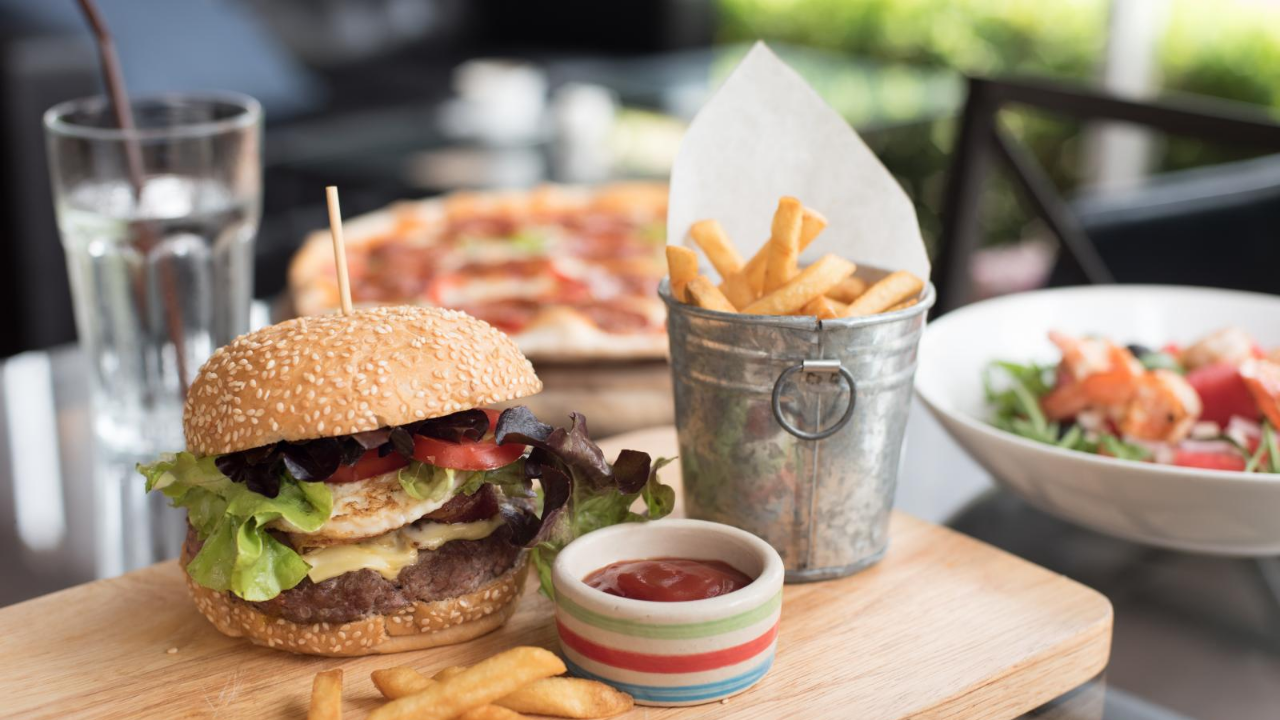
Repository: AnaMassaro/projetoRestaurante
Page: http://localhost/WEBRes/controleProduto.jsp
The author's editor kept a copy of each file at every save. The page is drawn from the files as they stood at one save, then again after the next save.
The browser window is 1280 px wide. The pictures show the whole page.
The page is served by Tomcat 9. Other server files are loaded and not shown. Queries for data that is not in the repository find no rows.

Above is the page before, as saved 2019-12-16 12:31:25.
Console error: TypeError: Cannot read properties of undefined (reading 'fn')
Not found: WEBRes/WEBRes/style.css

### WEBRes/WebContent/controleProduto.jsp
<%@ page language="java" contentType="text/html; charset=ISO-8859-1"
    pageEncoding="ISO-8859-1"
    %>
<!DOCTYPE html PUBLIC "-//W3C//DTD HTML 4.01 Transitional//EN" "http://www.w3.org/TR/html4/loose.dtd">
<%@page import="model.Produto"%>
<%@page import="java.util.List"%>
<%@page import="control.ProdutoDAO"%>
<html>
<head>
<meta http-equiv="Content-Type" content="text/html; charset=ISO-8859-1">
<title>Controle de Produtos</title>

	<meta name="viewport" content="width=device-width, initial-scale=1.0">
    <meta http-equiv="X-UA-Compatible" content="ie=edge">
	<script type="text/javascript" src="bootstrap/js/bootstrap.js"></script>
	<link rel="stylesheet" href="bootstrap/css/bootstrap.css">
	<link rel="stylesheet" href="style.css">

	    <style>

		body,html{
			height:100%;
		}

        body {
            background-image:url(./img/plano2.jpg);
            background-repeat: no-repeat;
            background-size: cover;

        }

        .container {
	         width: 100vw;
	         height: 100vh;
	         display: flex;
	         flex-direction: row;
	         justify-content: center;
	         align-items: center;
    	 }

    	 #bt {
    	    margin: 0 15px;

    	 }

        </style>
</head>

<body>



 <div class="container-fluid">
        <div class="row mb-5">
            <div class="col-1"></div>
     <div class="col-10 cards" id="cartao">

              <%

				ProdutoDAO pd = new ProdutoDAO();
				Produto p = new Produto();

				for(Produto pr : pd.listaProdutos()) {


			%>
               <div class="card mt-3">
                    <div class="card-header">
                            <%=pr.getNome() %>
                    </div>
                    <div class="card-body">
                        <div class="row">
                            <div class="col-8">
                               <%=pr.getDescricao() %>
                            </div>
                            <div class="col-2 text-center">
                                <%=pr.getPreco() %> R$
                            </div>

                          		<form method="get" action="editarProduto.jsp">
									<input type="hidden" name="codEdit" value="<%=pr.getCodigo()%>">
									<button type="submit" class="btn btn-danger" id="bt">Editar</button>
								</form>

								<form method="get" action="Processa">
									<input type="hidden" name="acao" value="excluirProd">
									<input type="hidden" name="codExcluir" value="<%=pr.getCodigo()%>">
									<button type="submit" class="btn btn-dark">Excluir</button>
								</form>

                            <div class="col-2 text-center">
                            </div>
                        </div>
                    </div>
                </div>
                <%} %>
            </div>
        </div>
    </div>

		<script>
		var busca = document.querySelector("#busca2");
		busca.addEventListener("keyup",filtro);

		function filtro(){
			var card = document.querySelectorAll(".card");

			for(var i=0;i<card.length;i++){
				var col = card[i].querySelectorAll(".card-header")[0];
				var value = col.innerHTML;
				if(value.includes(busca.value)){
					card[i].style.display = "";
				}else{
					card[i].style.display = "none";
				}
			}
		}
	</script>

</body>

</html>

### WEBRes/src/control/ProdutoDAO.java
package control;

import java.sql.Connection;
import java.sql.PreparedStatement;
import java.sql.ResultSet;
import java.sql.SQLException;
import java.util.ArrayList;
import java.util.List;

import model.Produto;

public class ProdutoDAO {

	private Connection con;
	private PreparedStatement ps;
	private Produto p;

	public boolean cadastraProduto(Produto p) throws SQLException {
		String sql = "insert into itens values(default, ?, ?, ?, ?);";
		con = ConnectionDB.getConnection();

		ps = con.prepareStatement(sql);
		ps.setString(1, p.getTipo());
		ps.setString(2, p.getNome());
		ps.setString(3, p.getDescricao());
		ps.setDouble(4, p.getPreco());

		if(ps.executeUpdate()>0){
			return true;
		}else {
			return false;
		}
	}

	public List<Produto> listaProdutos() throws SQLException {
		List<Produto> pr;
		String sql = "select * from itens";
		con = ConnectionDB.getConnection();
		PreparedStatement prep = con.prepareStatement(sql);
		ResultSet rs = prep.executeQuery();
		pr = new ArrayList<Produto>();

		while(rs.next()) {
			p = new Produto();
			p.setCodigo(rs.getInt("codigoProd"));
			p.setTipo(rs.getString("tipo"));
			p.setNome(rs.getString("nome"));
			p.setDescricao(rs.getString("descricao"));
			p.setPreco(rs.getDouble("preço"));

			pr.add(p);
		}
		return pr;
	}


	public Produto getProduto(int capturei) throws SQLException {
		Produto p = new Produto();
		String sql = "select * from itens where codigoProd = ?";
		con = ConnectionDB.getConnection();
		PreparedStatement prepa = con.prepareStatement(sql);
		prepa.setInt(1, capturei);
		ResultSet res = prepa.executeQuery();
		while(res.next()) {
			p.setCodigo(res.getInt("codigoProd"));
			p.setTipo(res.getString("tipo"));
			p.setNome(res.getString("nome"));
			p.setDescricao(res.getString("descricao"));
			p.setPreco(res.getDouble("preço"));
		}

		return p;
	}

	public boolean prodExiste(int cod) throws SQLException {
		String sql = "select * from itens where codigoProd = ?;";
		con = ConnectionDB.getConnection();
		ps = con.prepareStatement(sql);
		ps.setInt(1, cod);
		ResultSet rs = ps.executeQuery();
		while(rs.next()) {
			if(rs.getInt(1) == cod) {
				return true;
			}
		}
		return false;
	}

	public boolean editar(Produto p, int cod) {
		boolean editado = false;

		try {
			if(prodExiste(cod)) {
				String sql = "update itens set nome = ?, descricao = ?, preço = ? where codigoProd = " + cod + ";";
				con = ConnectionDB.getConnection();
				PreparedStatement prs = con.prepareStatement(sql);

				prs.setString(1, p.getNome());
				prs.setString(2, p.getDescricao());
				prs.setDouble(3, p.getPreco());

				prs.execute();
				editado = true;

			}
		} catch (SQLException e) {
			// TODO Auto-generated catch block
			System.out.print("erro" + e);
			e.printStackTrace();
		}
		return editado;
	}

	public void excluir(int cod) {
		String sql = "delete from itens where codigoProd = ?";
		con = ConnectionDB.getConnection();
		try(PreparedStatement preparedStatement = con.prepareStatement(sql)){
			preparedStatement.setInt(1, cod);
			preparedStatement.execute();
		}catch(SQLException e){
			e.printStackTrace();
		}
	}
}

### WEBRes/src/model/Produto.java
package model;

public class Produto {

	private int codigo;
	private String tipo;
	private String nome;
	private String descricao;
	private Double preco;

	public int getCodigo() {
		return codigo;
	}
	public void setCodigo(int codigo) {
		this.codigo = codigo;
	}
	public String getTipo() {
		return tipo;
	}
	public void setTipo(String tipo) {
		this.tipo = tipo;
	}
	public String getNome() {
		return nome;
	}
	public void setNome(String nome) {
		this.nome = nome;
	}
	public String getDescricao() {
		return descricao;
	}
	public void setDescricao(String descricao) {
		this.descricao = descricao;
	}
	public Double getPreco() {
		return preco;
	}
	public void setPreco(Double preco) {
		this.preco = preco;
	}




}

### WEBRes/src/control/ConnectionDB.java
package control;

import java.sql.Connection;
import java.sql.DriverManager;
import java.sql.SQLException;

public class ConnectionDB {

	private static String dns = "jdbc:mysql://localhost:3306/autenticoArtesanal";
	private static String usuario = "root";
	private static String senha = "";
	private static Connection con;

	public static Connection getConnection(){
		try{
			if(con == null || con.isClosed()) {
				DriverManager.registerDriver(new com.mysql.jdbc.Driver());
				con = DriverManager.getConnection(dns, usuario, senha);
			}
			return con;
		}catch(SQLException e) {
			e.printStackTrace();
			return null;
		}
	}

}

Loaded but not shown: WEBRes/WebContent/bootstrap/js/bootstrap.js (library); WEBRes/WebContent/bootstrap/css/bootstrap.css (library)

After the next save:
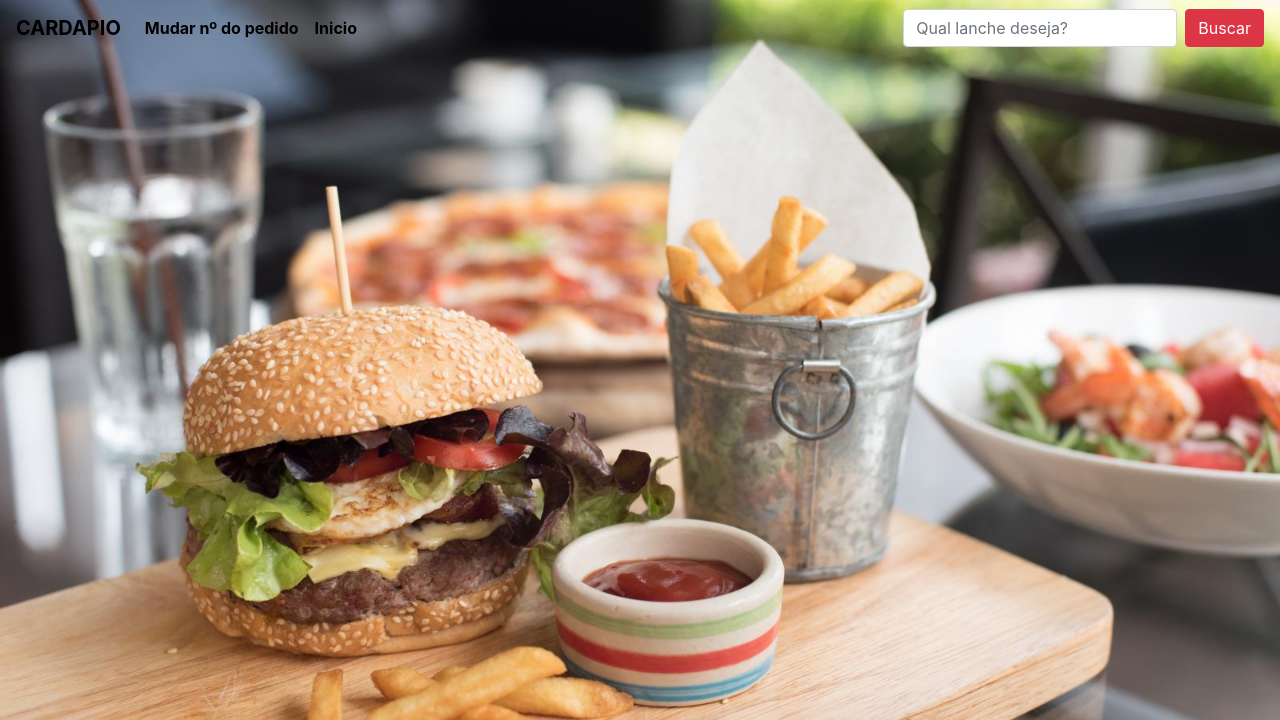
Saved 45 s later.
--- a/WEBRes/WebContent/controleProduto.jsp
+++ b/WEBRes/WebContent/controleProduto.jsp
@@ -48,7 +48,33 @@
 
 <body>
 
+     <nav class="navbar navbar-expand-lg">
+                <a class="navbar-brand" href="#" id="escola" style="color: black; font-weight: bold;">CARDAPIO</a>
+                    <button class="navbar-toggler" type="button" data-toggle="collapse" data-target="#navbarSupportedContent" aria-controls="navbarSupportedContent" aria-expanded="false" aria-label="Toggle navigation">
+                      <span class="navbar-toggler-icon"></span>
+                   </button>
 
+            <div class="collapse navbar-collapse" id="navbarSupportedContent">
+
+                  <ul class="navbar-nav mr-auto">
+
+                    <li class="nav-item active">
+                      <a class="nav-link" href="#" style="color: black; font-weight: bold;">Mudar nº do pedido<span class="sr-only">(current)</span></a>
+                    </li>
+
+                    <li class="nav-item">
+                      <a class="nav-link" href="inicio.jsp" style="color: black; font-weight: bold;">Inicio</a>
+                    </li>
+
+                    </ul>
+
+                  <form class="form-inline my-2 my-lg-0">
+                        <input class="form-control mr-sm-2" id="busca2" type="search" placeholder="Qual lanche deseja?" aria-label="Search" >
+                        <button class="btn btn-danger my-2 my-sm-0" type="submit">Buscar</button>
+                  </form>
+
+            </div>
+          </nav>
 
  <div class="container-fluid">
         <div class="row mb-5">
